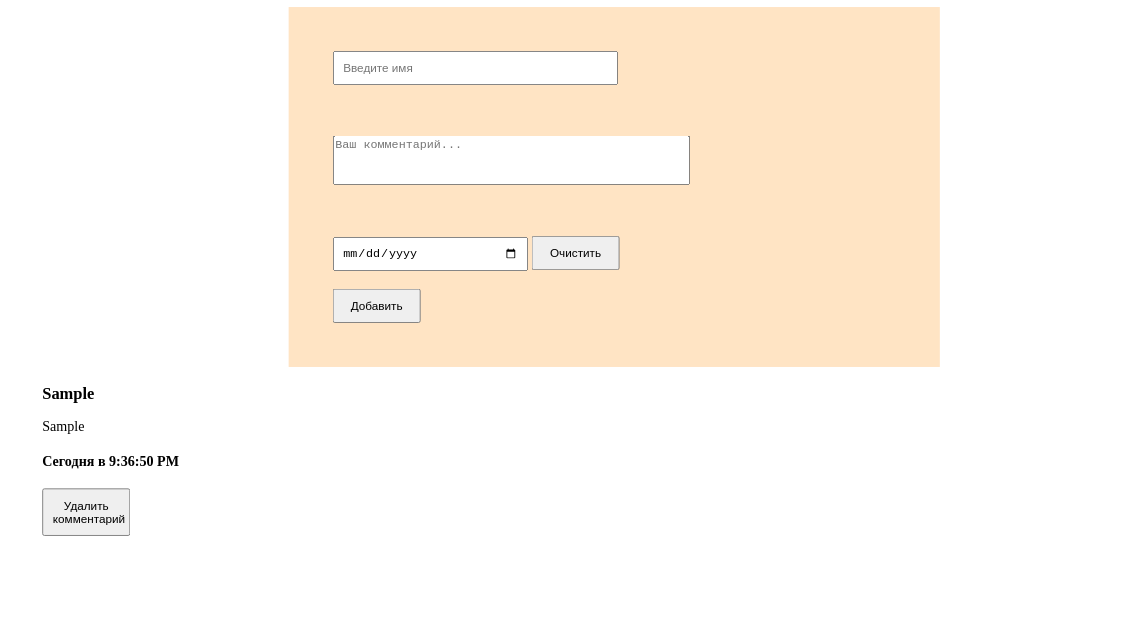
Repository: Grid-Master/commentList
Page: index.html
The author's editor kept a copy of each file at every save. The page is drawn from the files as they stood at one save, then again after the next save.
The browser window is 1280 px wide. The pictures show the whole page, at 88% of full size.
Empty fields were first filled with sample values (such as "Sample", 5 or name@example.com).
After loading, the first visible `form` was submitted once.

Above is the page before, as saved 2023-03-12 21:25:43.

### index.html
<!DOCTYPE html>
<html lang="en">
  <head>
    <meta charset="UTF-8" />
    <meta http-equiv="X-UA-Compatible" content="IE=edge" />
    <meta name="viewport" content="width=device-width, initial-scale=1.0" />
    <title>Comments</title>
    <style>
      form {
        width: 50vw;
        margin-left: 25vw;
        background-color: bisque;
        display: flex;
        flex-direction: column;
        padding: 50px;
      }

      input[type='text'] {
        width: 300px;
        padding: 10px;
        margin-bottom: 20px;
      }
      textarea {
        width: 400px;
        height: 50px;
        resize: none;
        margin-bottom: 20px;
      }

      input[type='date'] {
        width: 200px;
        padding: 9px;
        margin-bottom: 20px;
      }

      button {
        width: 100px;
        padding: 10px;
      }

      #nameReq,
      #commentReq {
        color: red;
      }
    </style>
  </head>
  <body>
    <form onsubmit="addComment(); return false">
      <input id="name" type="text" placeholder="Введите имя" required />
      <h3 id="nameReq"></h3>
      <textarea id="comment" placeholder="Ваш комментарий..." required></textarea>
      <h3 id="commentReq"></h3>
      <div>
        <input type="date" id="date" />
        <button type="button" onclick="clearDate()">Очистить</button>
      </div>
      <button type="submit">Добавить</button>
    </form>
    <ul id="commentList"></ul>
    <script src="./script.js"></script>
  </body>
</html>

### script.js
let nameReq = document.getElementById('nameReq');
let commentReq = document.getElementById('commentReq');
let nameInput = document.getElementById('name');
let commentInput = document.getElementById('comment');
let dateInput = document.getElementById('date');
document.getElementById('date').valueAsDate = new Date();

function clearDate() {
  document.getElementById('date').valueAsDate = null;
}

nameInput.addEventListener('change', () => {
  if (nameInput.value == '') {
    nameReq.innerText = 'Введите имя!';
  } else {
    nameReq.innerText = '';
  }
});

commentInput.addEventListener('change', () => {
  if (commentInput.value == '') {
    commentReq.innerText = 'Введите комментарий!';
  } else {
    commentReq.innerText = '';
  }
});

function addComment() {
  let name = nameInput.value;
  let comment = commentInput.value;
  let date = dateInput.valueAsDate;
  let list = document.getElementById('commentList');

  let nameEl = document.createElement('h3');
  let commentEl = document.createElement('p');
  let dateEl = document.createElement('h4');
  let deleteEl = document.createElement('button');
  let likeEl = document.createElement('img');
  let container = document.createElement('div');

  nameEl.innerHTML = name;
  commentEl.innerHTML = comment;
  deleteEl.textContent = 'Удалить комментарий';
  likeEl.src = 'images/istockphoto-1136351242-612x612.jpg';

  deleteEl.addEventListener('click', () => {
    deleteEl.parentElement.remove();
  });

  if (date.toLocaleDateString() == new Date().toLocaleDateString()) {
    dateEl.innerHTML = `Сегодня в ${new Date().toLocaleTimeString()}`;
    container.append(nameEl, commentEl, dateEl, deleteEl);
  } else if (date.toLocaleDateString() == new Date(Date.now() - 86400000).toLocaleDateString()) {
    dateEl.innerHTML = `Вчера в ${new Date().toLocaleTimeString()}`;
    container.append(nameEl, commentEl, dateEl, deleteEl);
  } else {
    dateEl.innerHTML = `${date.toLocaleDateString()} в ${new Date().toLocaleTimeString()}`;
    container.append(nameEl, commentEl, dateEl, deleteEl);
  }
  list.append(container);

  nameInput.value = '';
  commentInput.value = '';
  dateInput.value = null;
}

After the next save:
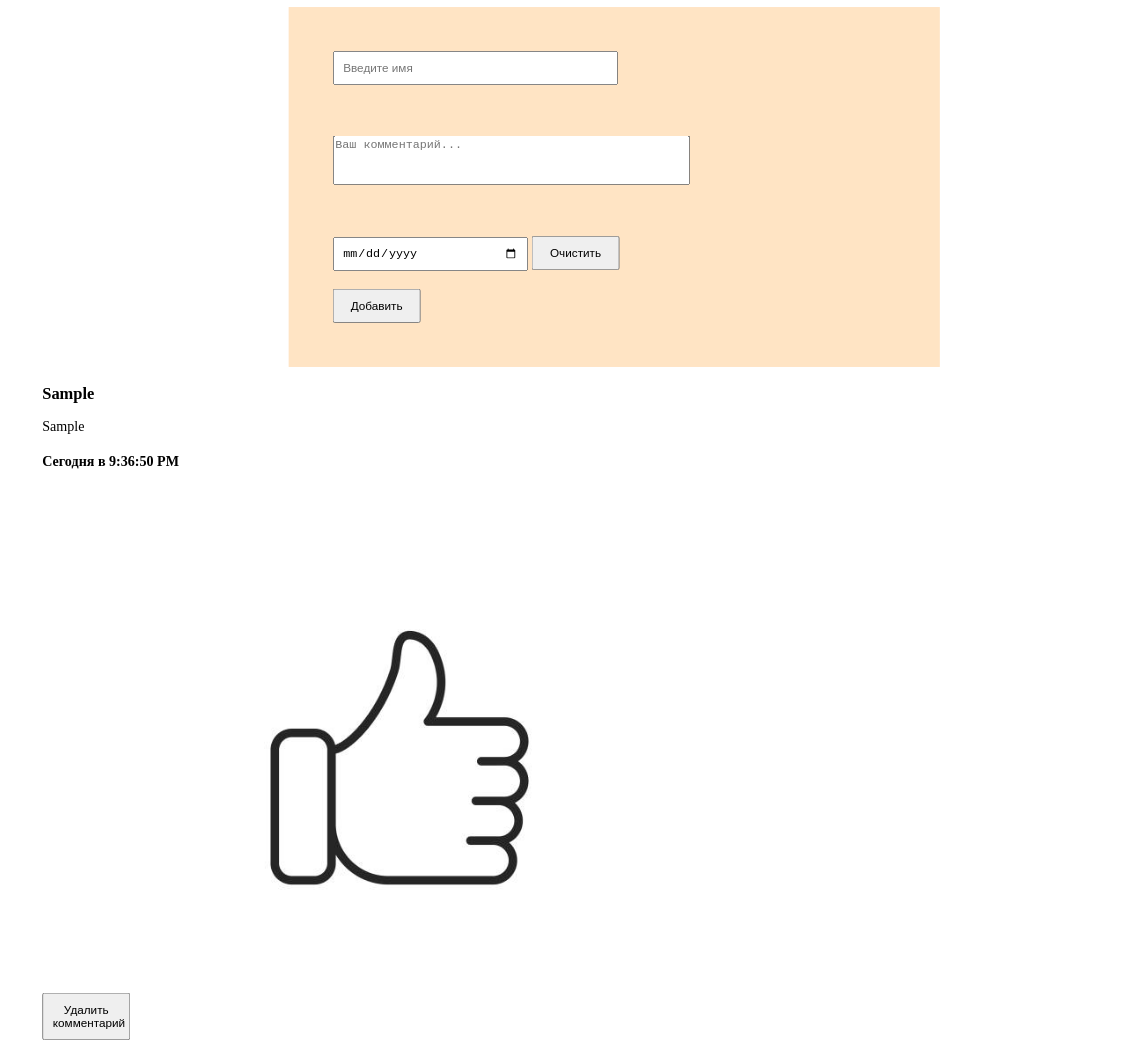
Saved 25 s later.
--- a/script.js
+++ b/script.js
@@ -49,13 +49,13 @@ function addComment() {
 
   if (date.toLocaleDateString() == new Date().toLocaleDateString()) {
     dateEl.innerHTML = `Сегодня в ${new Date().toLocaleTimeString()}`;
-    container.append(nameEl, commentEl, dateEl, deleteEl);
+    container.append(nameEl, commentEl, dateEl, deleteEl, likeEl);
   } else if (date.toLocaleDateString() == new Date(Date.now() - 86400000).toLocaleDateString()) {
     dateEl.innerHTML = `Вчера в ${new Date().toLocaleTimeString()}`;
-    container.append(nameEl, commentEl, dateEl, deleteEl);
+    container.append(nameEl, commentEl, dateEl, deleteEl, likeEl);
   } else {
     dateEl.innerHTML = `${date.toLocaleDateString()} в ${new Date().toLocaleTimeString()}`;
-    container.append(nameEl, commentEl, dateEl, deleteEl);
+    container.append(nameEl, commentEl, dateEl, deleteEl, likeEl);
   }
   list.append(container);
 
